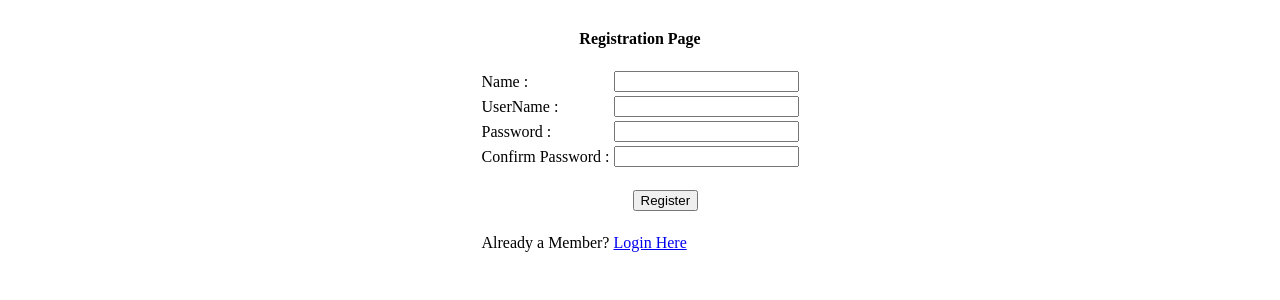
Repository: ShegokarSneha/Login-Registration
Page: http://localhost/LoginRegistration/Register.jsp
These files come from the project's save history. The page is drawn as it stood at one moment and after the next save; the edit follows.
The browser window is 1280 px wide. The pictures show the whole page.
The page is served by Tomcat 9. Nobody is signed in. The application's start-up code is not run.

Above is the page before, as saved 2019-07-09 08:49:43.

After the next save:
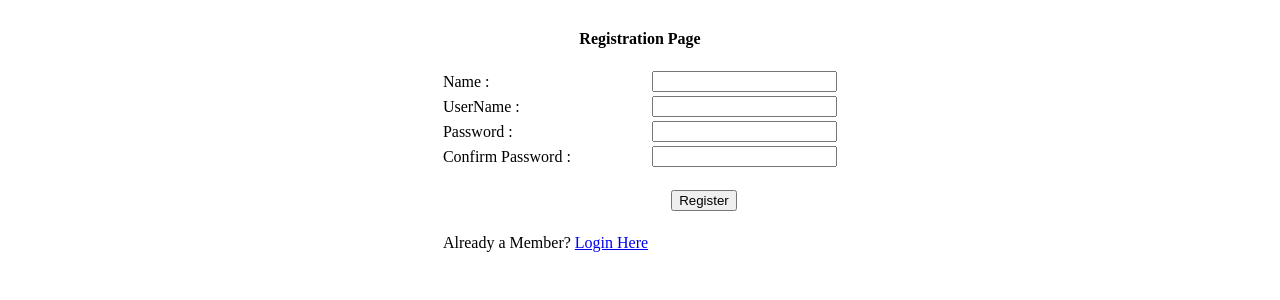
Saved 19 s later.
--- a/LoginRegistration/WebContent/Register.jsp
+++ b/LoginRegistration/WebContent/Register.jsp
@@ -30,7 +30,7 @@
 					<td style = "padding:20px;"><input type="Submit" name="Submit" value="Register"></td>
 					</tr>
 					<tr>
-						<td colspan="2" >Already a Member? <a href="Login.jsp">Login Here</a></td>
+						<td>Already a Member? <a href="Login.jsp">Login Here</a></td>
 						</tr>
 			</table>
 		</form>

After the save that followed:
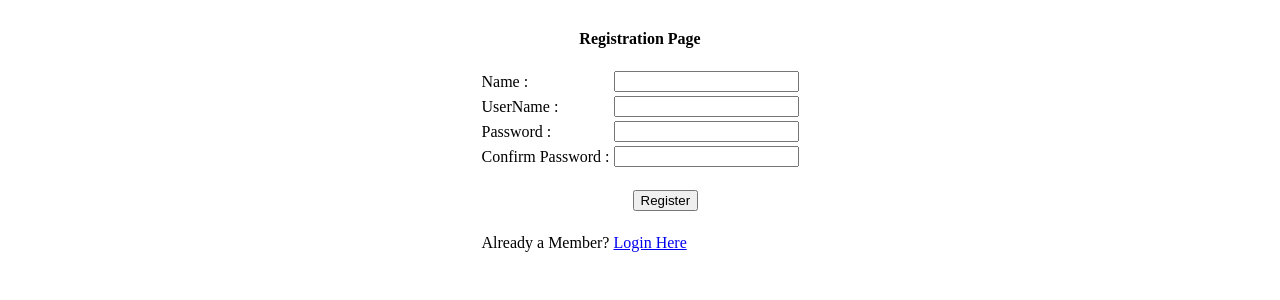
Saved 12 s later.
--- a/LoginRegistration/WebContent/Register.jsp
+++ b/LoginRegistration/WebContent/Register.jsp
@@ -30,7 +30,7 @@
 					<td style = "padding:20px;"><input type="Submit" name="Submit" value="Register"></td>
 					</tr>
 					<tr>
-						<td>Already a Member? <a href="Login.jsp">Login Here</a></td>
+						<td colspan="2" >Already a Member? <a href="Login.jsp">Login Here</a></td>
 						</tr>
 			</table>
 		</form>
